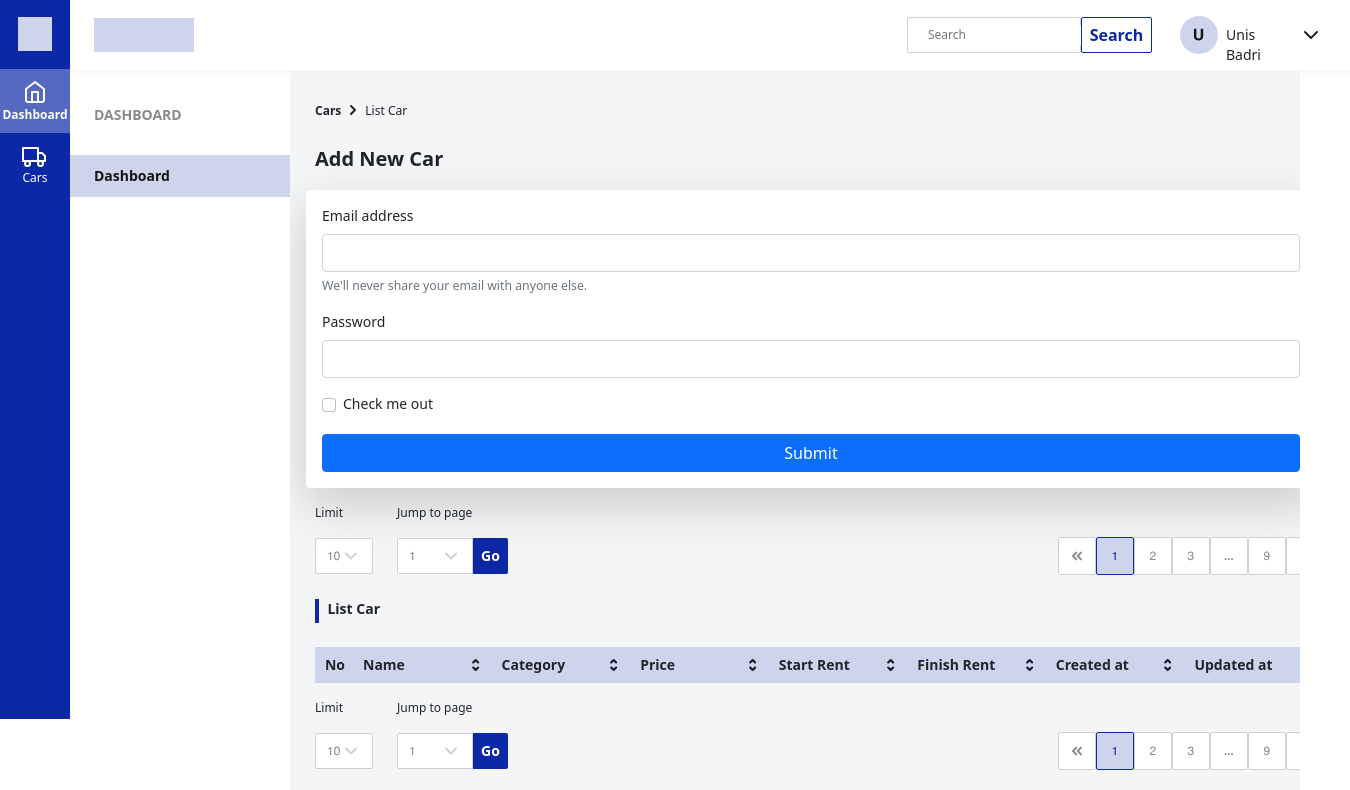
Repository: farrelmuhammad/challenge-7-binar
Page: /carlist/add
These files come from the project's save history. The page is drawn as it stood at one moment and after the next save; the edit follows.
The browser window is 1280 px wide. The page is 1350 px wide, so the pictures cover 1350 px, including what lies to the right of the window. The pictures show the whole page.
The project was rebuilt for these pictures with package versions that can differ from the ones it lists, and the page was loaded fresh each time. Also part of the build but not shown: src/component/navbar.js, src/component/header.js, src/component/footer.js, src/App.js, src/component/admin/Dashboard/index.jsx, src/pages/admin/Dashboard.js, src/component/admin/Cars/index.jsx, src/pages/admin/CarsList.js and 2 more.

Above is the page before, as saved 2022-05-27 21:08:08.

After the next save:
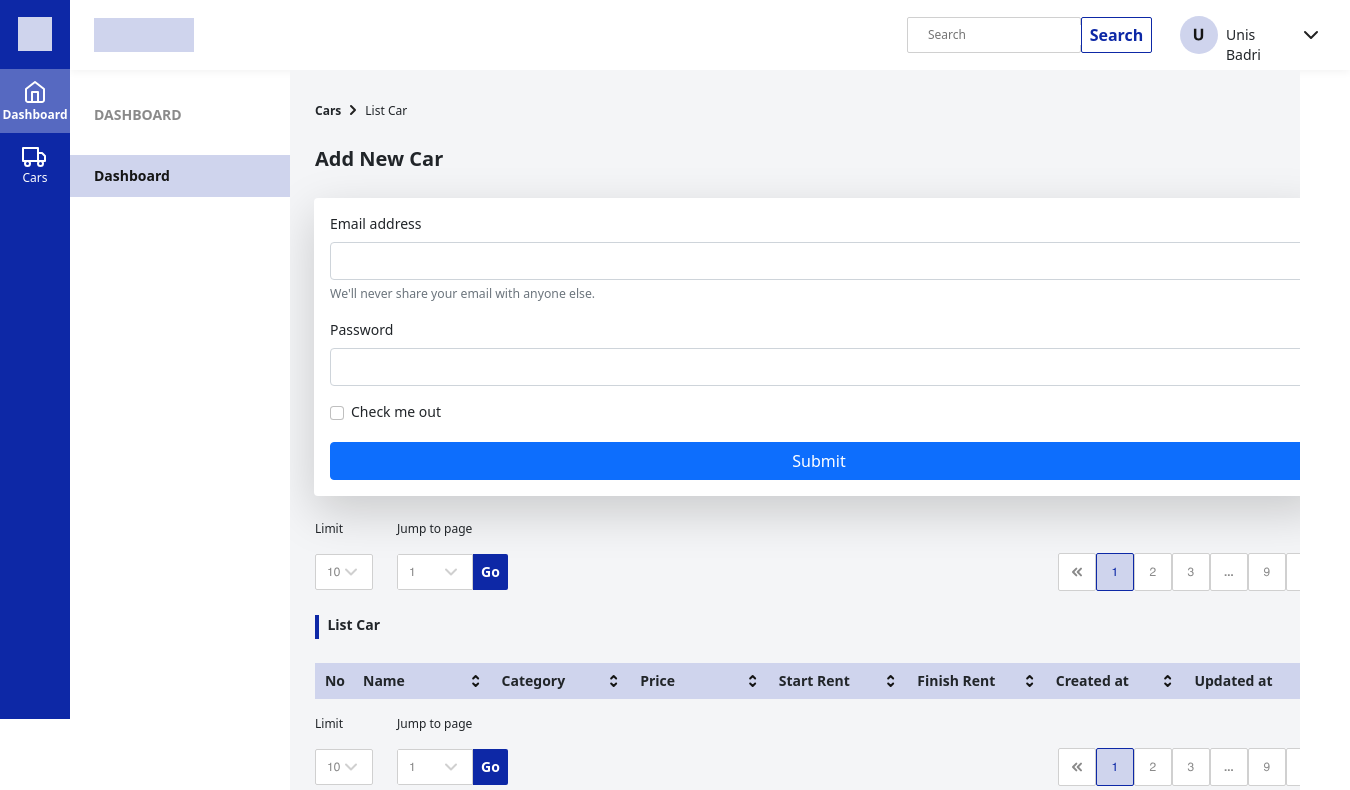
Saved 6 s later.
--- a/src/component/admin/Cars/add/index.jsx
+++ b/src/component/admin/Cars/add/index.jsx
@@ -15,7 +15,7 @@ export const AddCar = () => {
 
 
 
-                <form className="container-list shadow-lg p-3 m-3 bg-body rounded d-flex flex-column" style={{width: '100%', height: '100'}}>
+                <form className="container-list shadow-lg p-3 m-4 bg-body rounded d-flex flex-column" style={{width: '100%', height: '100'}}>
                     <div class="mb-3">
                         <label for="exampleInputEmail1" class="form-label">Email address</label>
                         <input type="email" class="form-control" id="exampleInputEmail1" aria-describedby="emailHelp"/>
